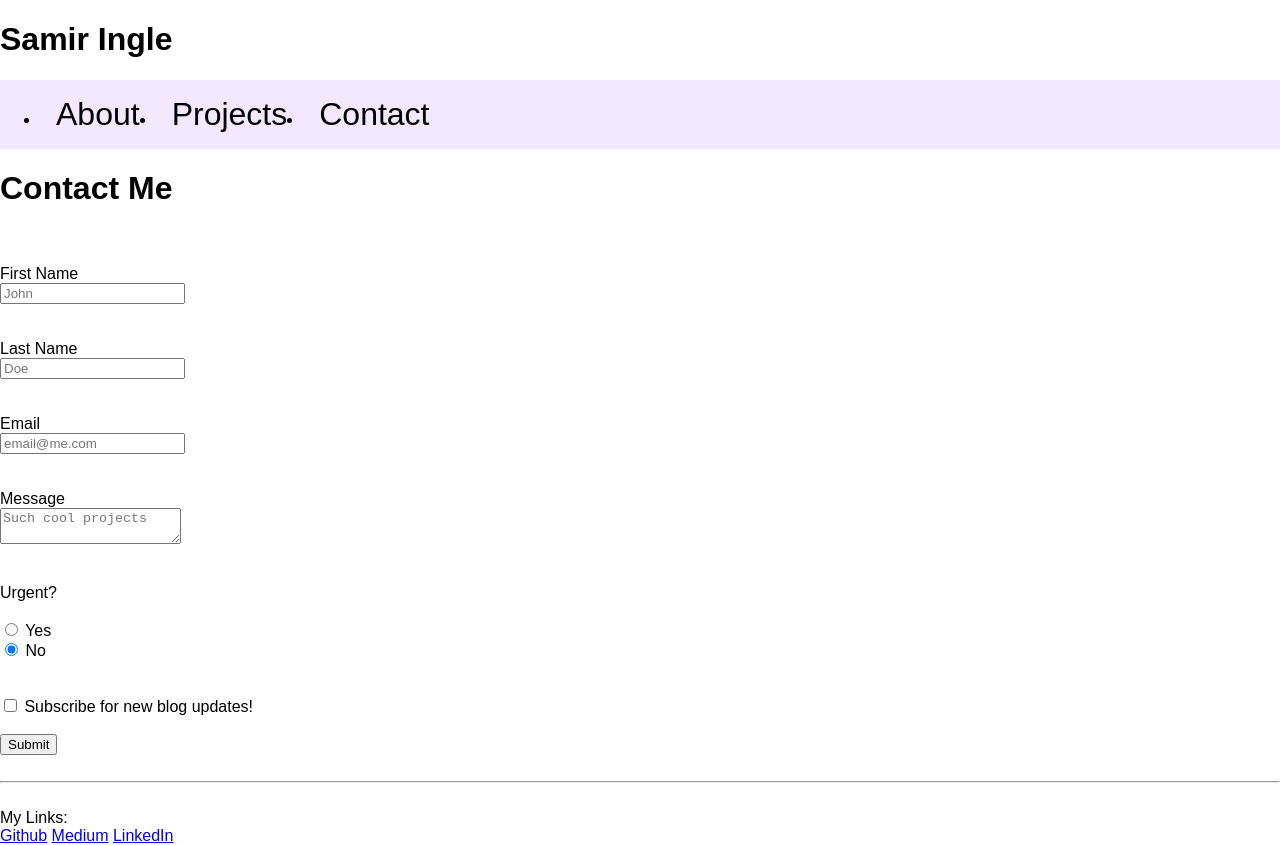
Repository: SamirIngley/html-semantic
Page: contact.html
These files come from the project's save history. The page is drawn as it stood at one moment and after the next save; the edit follows.
The browser window is 1280 px wide. The pictures show the whole page.

Above is the page before, as saved 2020-01-28 16:46:11.

### contact.html
<!DOCTYPE html>
<html lang="en">
<head>
    <meta charset="UTF-8">
    <meta name="viewport" content="width=device-width, initial-scale=1.0">
    <meta http-equiv="X-UA-Compatible" content="ie=edge">
    <title>Contact</title>
    <link href="styles.css" rel="stylesheet">
</head>
<body>
    <header>
    <h1>Samir Ingle</h1>
        <nav>
            <ul>
                <li><a href="#">About</a></li>
                <li><a href="#">Projects</a></li>
                <li><a href="#">Contact</a></li>
                </ul>
        </nav>

    </header>


<h1>Contact Me</h1>
<br>
<br>

<form action="process.php" method="POST">
        <div>
            <label>First Name</label><br>
            <input type="text" name="firstName" placeholder="John">
        </div>
        <br>
        <br>

        <div>
            <label>Last Name</label><br>
            <input type="text" name="lastName" placeholder="Doe">
        </div>
        <br>
        <br>

        <div>
            <label>Email</label><br>
            <input type="email" name="email" placeholder="email@me.com">
        </div>
        <br>
        <br>
        <div>
            <label>Message</label><br>
            <textarea name="message" placeholder="Such cool projects"></textarea>
        </div>
        <br>
        <br>
        <div>

                Urgent?<br>
                <br>
            <label>
                <input type="radio" name="urgent" value="true">
                Yes
             </label><br>

                <label>
                     <input type="radio" name="urgent" value="false" checked>
                      No<br>
                </label>

        </div>
        <br>
        <br>
        <div>
            <label>
                <input type="checkbox" name="Subscribe for updates" value="subscribe"> Subscribe for new blog updates!<br>
            </label>
        </div>
        <br>
        <div>
            <input type="submit" name="submit" value="Submit">
        </div>
</form>
</body>
<br>
<hr>
<br>


<footer>
    My Links:
    <br>
    <a href="https://github.com/SamirIngley">Github</a>
    <a href="https://medium.com/@SamirIngle">Medium</a>
    <a href="https://www.linkedin.com/in/samiringle/">LinkedIn</a>
</footer>

</html>

### styles.css
body {
    margin: 0;
    font-family: Arial, Helvetica, sans-serif;
  }

nav {
    background-color: rgba(215, 176, 251, 0.287);
}


nav a {
    color: black;
    text-align: center;
    font-size: 2em;
    text-decoration: none;
}
nav a:hover{
    color: purple;
}
nav a.active {
    background-color: orange;
    color: purple;
}


nav > ul {
    display: flex;
}

nav > ul > li {
    padding: 1em;
}




<style>
body {
  margin: 0;
  font-family: Arial, Helvetica, sans-serif;
}

.topnav {
  overflow: hidden;
  background-color: #333;
}

.topnav a {
  float: left;
  color: #f2f2f2;
  text-align: center;
  padding: 14px 16px;
  text-decoration: none;
  font-size: 17px;
}

.topnav a:hover {
  background-color: #ddd;
  color: black;
}

.topnav a.active {
  background-color: #4CAF50;
  color: white;
}
</style>
</head>
<body>

After the next save:
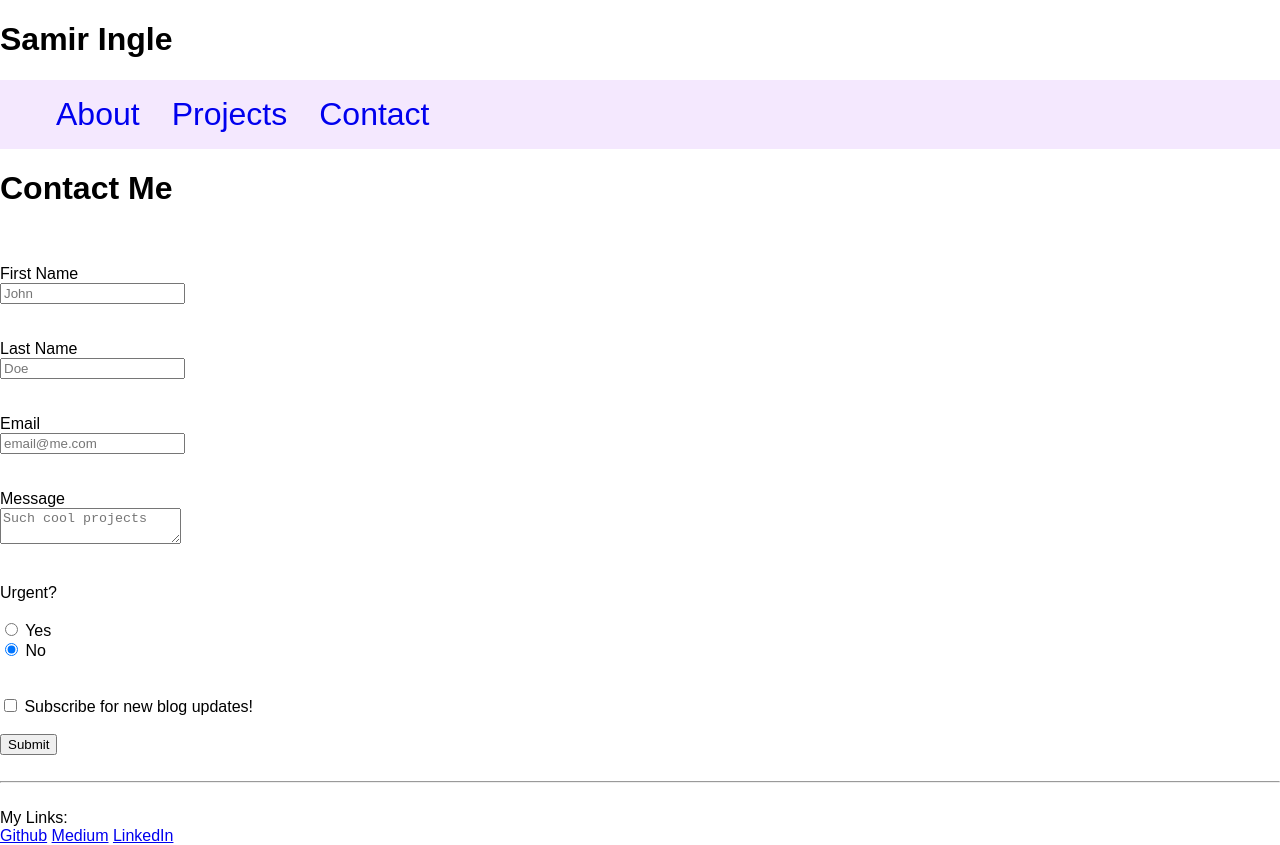
Saved 58 s later.
--- a/styles.css
+++ b/styles.css
@@ -9,6 +9,7 @@
 
 
 nav a {
+    float:
     color: black;
     text-align: center;
     font-size: 2em;
@@ -25,6 +26,7 @@
 
 nav > ul {
     display: flex;
+    list-style: none;
 }
 
 nav > ul > li {

After the save that followed:
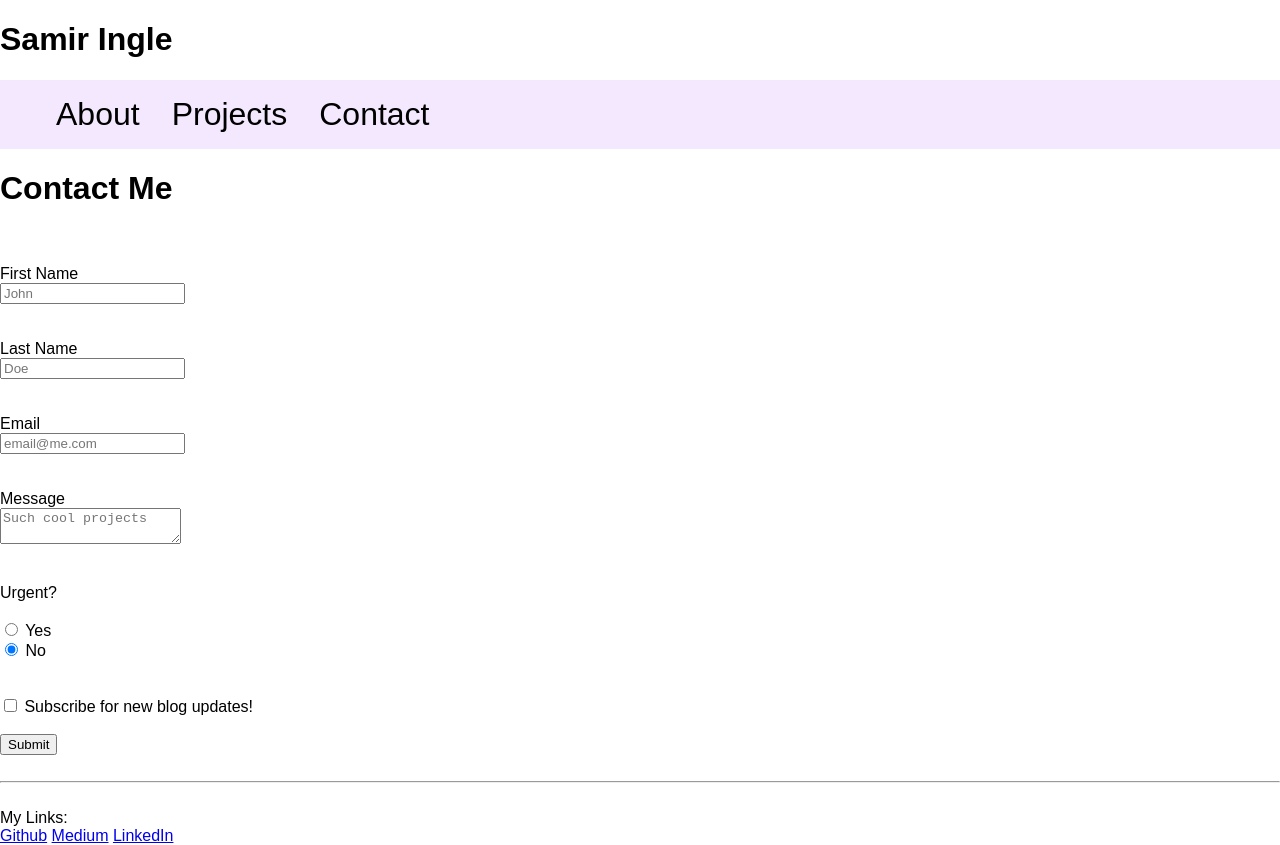
Saved 24 s later.
--- a/styles.css
+++ b/styles.css
@@ -9,7 +9,6 @@
 
 
 nav a {
-    float:
     color: black;
     text-align: center;
     font-size: 2em;
@@ -17,6 +16,7 @@
 }
 nav a:hover{
     color: purple;
+
 }
 nav a.active {
     background-color: orange;
